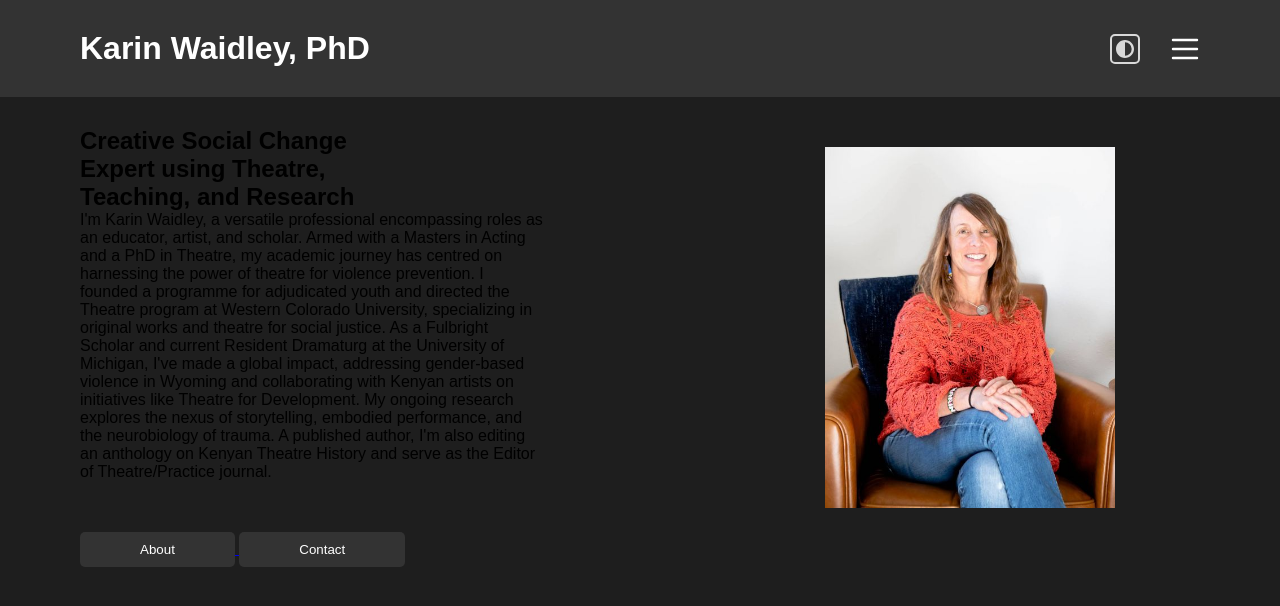
Repository: Ceasor7/Karin
Page: index.html
These files come from the project's save history. The page is drawn as it stood at one moment and after the next save; the edit follows.
The browser window is 1280 px wide. The pictures show the whole page.

Above is the page before, as saved 2023-12-14 17:50:47.

### index.html
<!DOCTYPE html>
<html lang="en">

<head>
    <meta charset="UTF-8">
    <meta name="viewport" content="width=device-width, initial-scale=1.0">
    <title>Karin Waidley, PhD | Home</title>
    <style>
        ::-webkit-scrollbar {
            width: .8em;
            border-radius: .3rem;
            background-color: hsl(0, 0%, 65%);
        }

        ::-webkit-scrollbar-thumb {
            border-radius: .3rem;
            background-color: hsl(0, 0%, 55%);
        }

        ::-webkit-scrollbar-thumb:hover {
            background-color: hsl(0, 0%, 45%);
        }

        /* Global styles */
        body {
            font-family: Arial, sans-serif;
            background-color: var(--primary-color);
        }

        :root {
            --primary-color: #1E1E1E;
            --secondary-color: #D9D9D9;
        }

        .darkmode {
            --primary-color: #D9D9D9;
            --secondary-color: #1E1E1E;
        }

        /* Resetting some default styles for better consistency */
        body,
        h1,
        h2,
        h3,
        p,
        ul,
        li {
            margin: 0;
            padding: 0;
            list-style: none;
        }

        /* Global styles */
        body {
            font-family: Arial, sans-serif;
        }

        /* Navbar styles */
        header {
            background-color: #333;
            color: white;
            padding: 10px 0;
        }

        .navbar {
            display: flex;
            justify-content: space-between;
            align-items: center;
            padding: 20px;
            margin-left: 60px;
            margin-right: 60px;
        }

        .navbar-logo {
            font-size: 2em;
            font-weight: bold;
        }

        .navbar-icons {
            display: flex;
            gap: 10px;
        }

        .dark-mode-toggle {
            color: var(--secondary-color);
            border: 2px solid currentColor;
            padding: 4px;
            background: transparent;
            cursor: pointer;
            border-radius: 5px;
            width: 30px;
            height: 30px;
        }

        .dark-mode-toggle,
        .svg-icon {
            margin-right: 20px;
        }

        /* Main content styles */
        section {
            margin-top: 20px;
        }

        /* Contact form styles */
        form {
            max-width: 600px;
            margin: 0 auto;
        }

        label {
            display: block;
            margin-bottom: 8px;
        }

        input,
        textarea,
        select {
            width: 100%;
            padding: 8px;
            margin-bottom: 16px;
            box-sizing: border-box;
        }

        /* New section styles */
        .image-section {
            text-align: center;
            margin-top: 20px;
            margin-right: 20px;
        }

        .image-section img {
            max-width: 50%;
            height: auto;
        }

        /* Add this CSS to make the two divs beside each other */
        .flex-container {
            display: flex;
            justify-content: space-between;
            margin-top: 30px;
        }

        .flex-container>div {
            flex: 1;
            margin-right: 20px;
        }

        /* Home */
        .home-details {
            text-align: left;
            margin-left: 80px;
        }

        .home-details p {
            width: 80%;
        }

        .home-buttons {
            margin-top: 20px;
            margin-left: 80px;
            justify-content: space-between;

        }

        .homeRedirect-buttons {
            padding: 10px;
            background-color: #333;
            color: white;
            padding-left: 60px;
            padding-right: 60px;
            border-radius: 5px;
            border: none;
            cursor: pointer;
        }

        /* Home */
    </style>
</head>

<body>
    <header>
        <div class="navbar">
            <div class="navbar-logo">Karin Waidley, PhD</div>
            <div class="navbar-icons">
                <button id="dark-mode-toggle" class="dark-mode-toggle">
                    <svg width="100%" xmlns="http://www.w3.org/2000/svg" viewBox="0 0 496 496">
                        <path fill="currentColor"
                            d="M8,256C8,393,119,504,256,504S504,393,504,256,393,8,256,8,8,119,8,256ZM256,440V72a184,184,0,0,1,0,368Z"
                            transform="translate(-8 -8)" />
                    </svg>
                </button>
                <svg xmlns="http://www.w3.org/2000/svg" x="0px" y="0px" width="30" height="30" viewBox="0 0 50 50"
                    style="fill:#FFFFFF;">
                    <path
                        d="M 5 8 A 2.0002 2.0002 0 1 0 5 12 L 45 12 A 2.0002 2.0002 0 1 0 45 8 L 5 8 z M 5 23 A 2.0002 2.0002 0 1 0 5 27 L 45 27 A 2.0002 2.0002 0 1 0 45 23 L 5 23 z M 5 38 A 2.0002 2.0002 0 1 0 5 42 L 45 42 A 2.0002 2.0002 0 1 0 45 38 L 5 38 z">
                    </path>
                </svg>
            </div>
        </div>
    </header>
    <div class="flex-container">
        <div class="home-details">
            <h2>Creative Social Change<br> Expert using Theatre, <br>Teaching, and Research</h2>
            <p>I'm Karin Waidley, a versatile professional encompassing roles as an educator, artist, and scholar. Armed
                with a Masters in Acting and a PhD in Theatre, my academic journey has centred on harnessing the power
                of theatre for violence prevention. I founded a programme for adjudicated youth and directed the Theatre
                program at Western Colorado University, specializing in original works and theatre for social justice.
                As a Fulbright Scholar and current Resident Dramaturg at the University of Michigan, I've made a global
                impact, addressing gender-based violence in Wyoming and collaborating with Kenyan artists on initiatives
                like Theatre for Development. My ongoing research explores the nexus of storytelling, embodied
                performance, and the neurobiology of trauma. A published author, I'm also editing an anthology on Kenyan
                Theatre History and serve as the Editor of Theatre/Practice journal.</p>
        </div>
        <div class="image-section">
            <img src="images/Karin.jpeg" alt="Karin Waidley">
        </div>
    </div>
    <div class="home-buttons">
        <a href="about.html">
            <button class="homeRedirect-buttons">About</button>
        </a>
        <a href="contact.html">
            <button class="homeRedirect-buttons">Contact</button>
        </a>
    </div>

    <script src="darkMode.js"></script>
</body>

</html>

### darkMode.js

let darkMode = localStorage.getItem('darkMode');

const darkModeToggle = document.querySelector('#dark-mode-toggle');

const enableDarkMode = () => {
  document.body.classList.add('darkmode');
  localStorage.setItem('darkMode', 'enabled');
}

const disableDarkMode = () => {

  document.body.classList.remove('darkmode');

  localStorage.setItem('darkMode', null);
}


if (darkMode === 'enabled') {
  enableDarkMode();
}

darkModeToggle.addEventListener('click', () => {

  darkMode = localStorage.getItem('darkMode');

  if (darkMode !== 'enabled') {
    enableDarkMode();
  } else {
    disableDarkMode();
  }
});

After the next save:
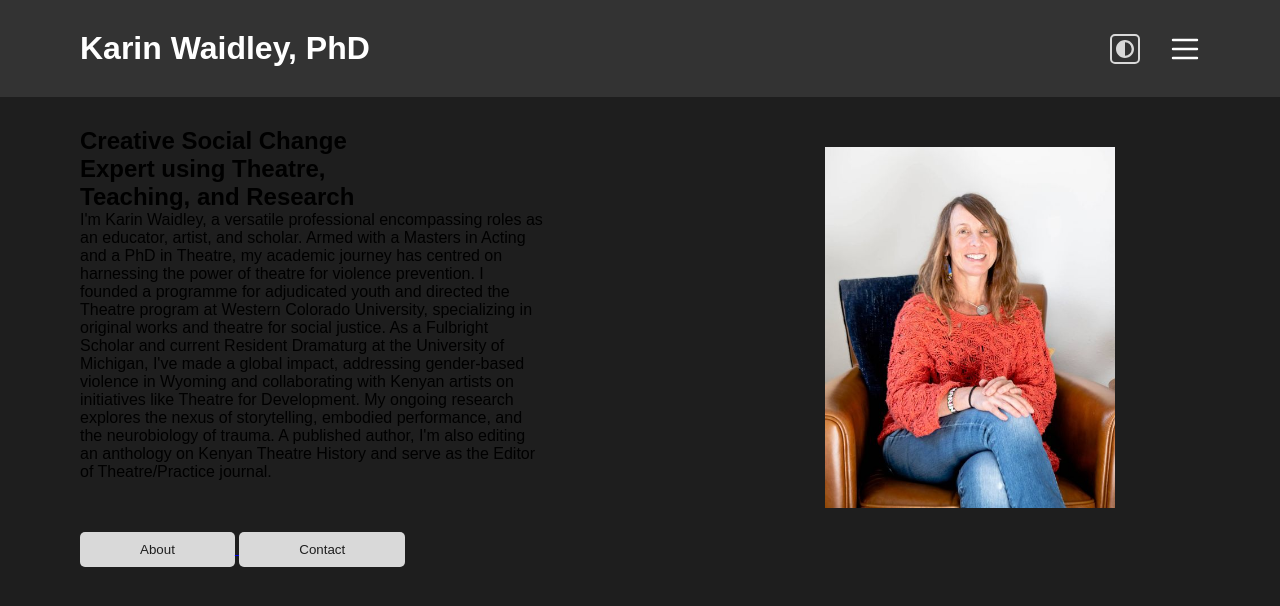
Saved 32 s later.
--- a/index.html
+++ b/index.html
@@ -165,8 +165,8 @@
 
         .homeRedirect-buttons {
             padding: 10px;
-            background-color: #333;
-            color: white;
+            background-color: var(--secondary-color);
+            color: var(--primary-color);
             padding-left: 60px;
             padding-right: 60px;
             border-radius: 5px;
